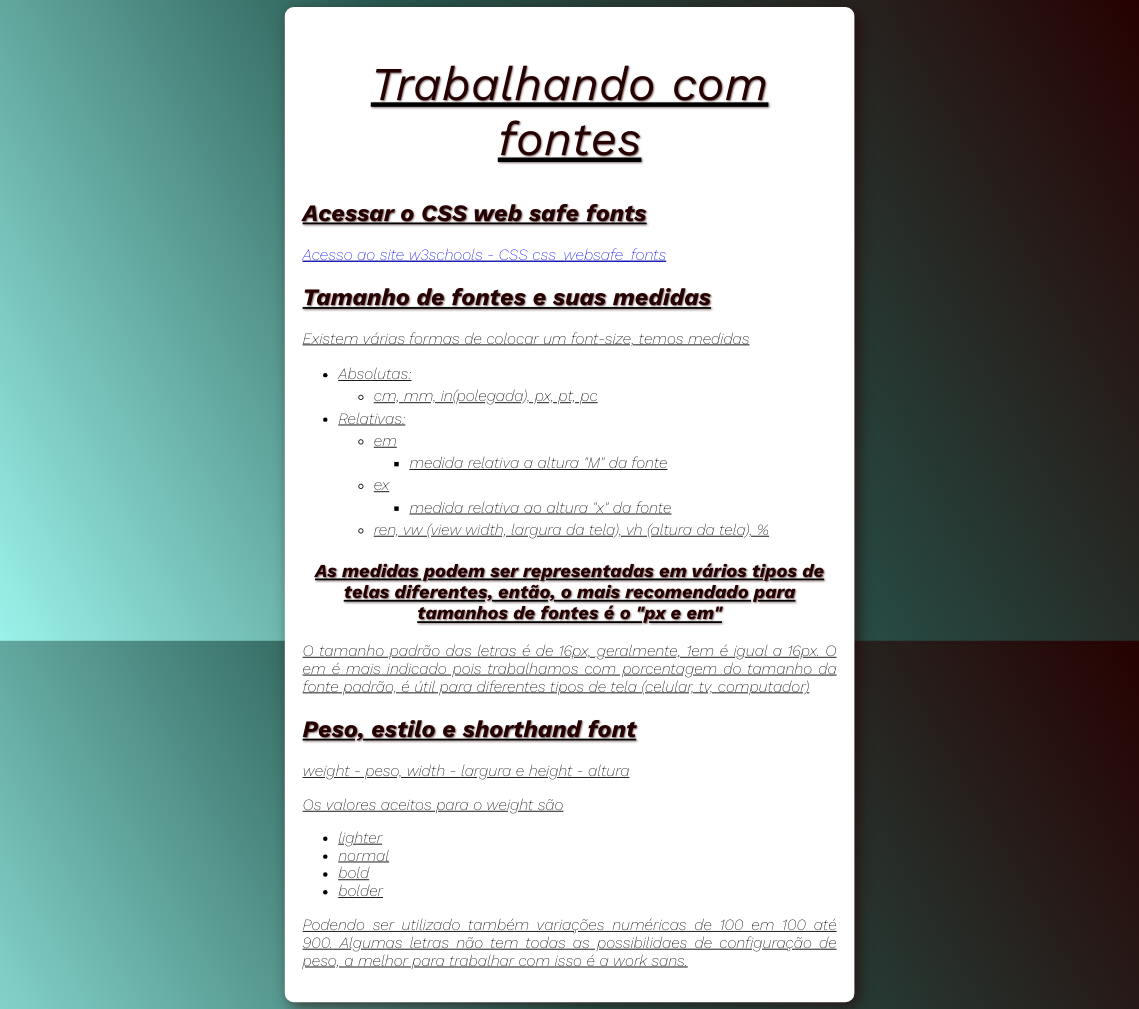
Repository: Willcmorais/vscode-workspace
Page: html-css/curso-em-video/modulo02/estudos/ex022-trab-fontes/fontes.html
These files come from the project's save history. The page is drawn as it stood at one moment and after a run of saves; the edit follows.
The browser window is 1280 px wide. The pictures show the whole page, at 89% of full size.
Backgrounds fixed to the window are drawn as part of the page.

Above is the page before, as saved 2024-09-18 21:20:05.

After the next 10 saves:
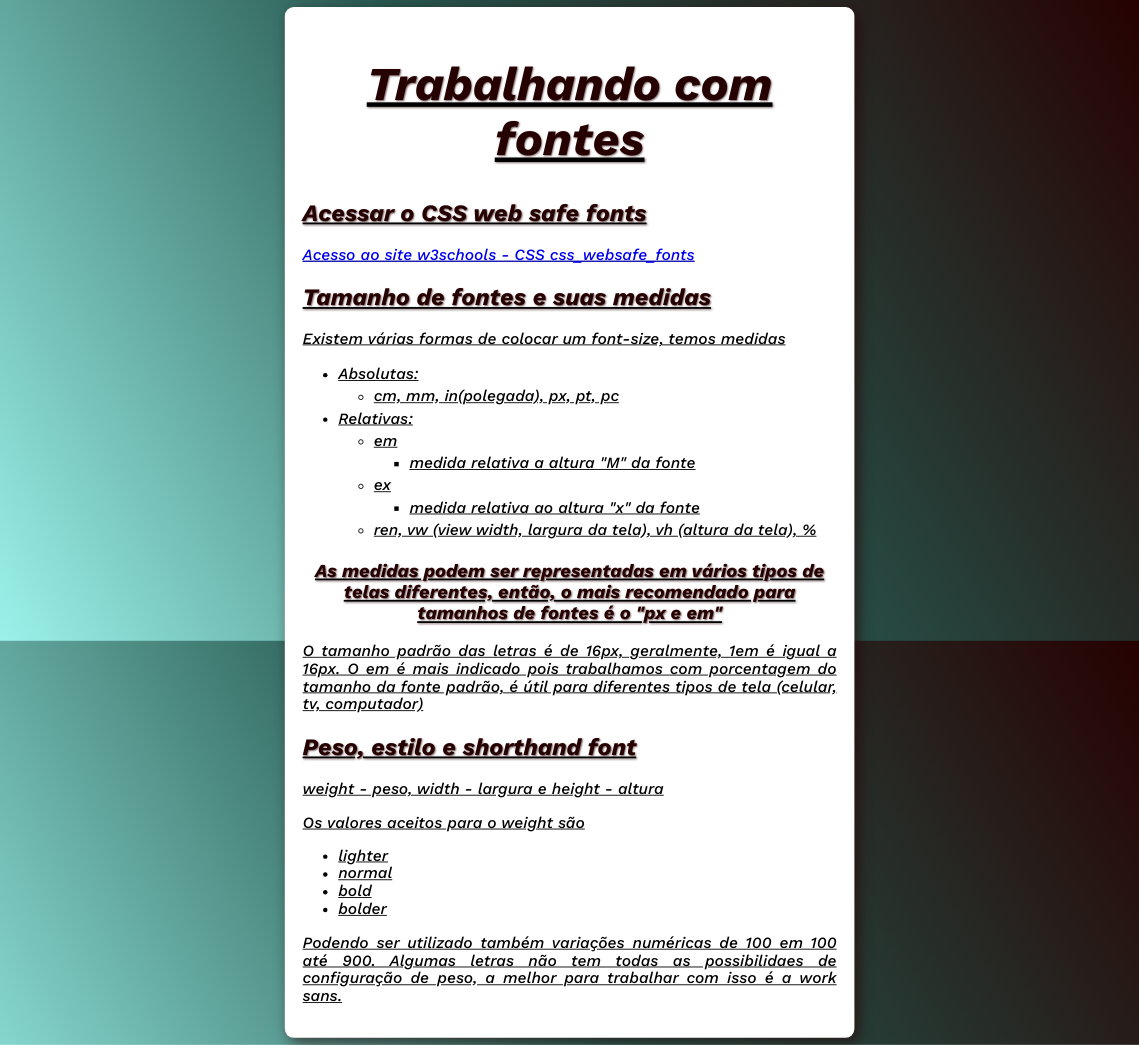
The 10 saves are shown as one change because they came seconds apart.
The last was saved 22 s later.
--- a/html-css/curso-em-video/modulo02/estudos/ex022-trab-fontes/fontes.html
+++ b/html-css/curso-em-video/modulo02/estudos/ex022-trab-fontes/fontes.html
@@ -12,7 +12,7 @@
         body {
             font-size: 1.1em;
             /*para negrito*/
-            font-weight: 200;
+            font-weight: 500;
             /*para italico*/
             font-style: italic;
             /*sublinhar*/
